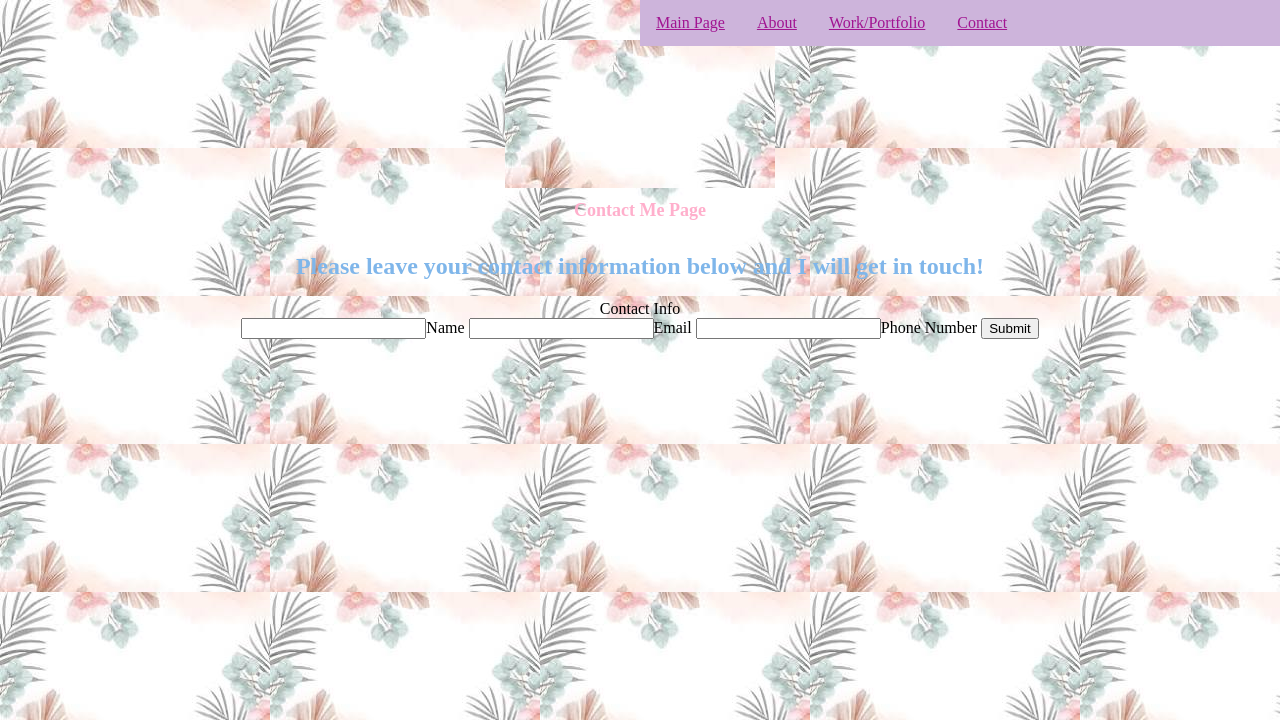
Repository: MelindaN14/My-Personal-Website
Page: contact.html
These files come from the project's save history. The page is drawn as it stood at one moment and after the next save; the edit follows.
The browser window is 1280 px wide. The pictures show the whole page.

Above is the page before, as saved 2024-03-25 22:34:09.

After the next save:
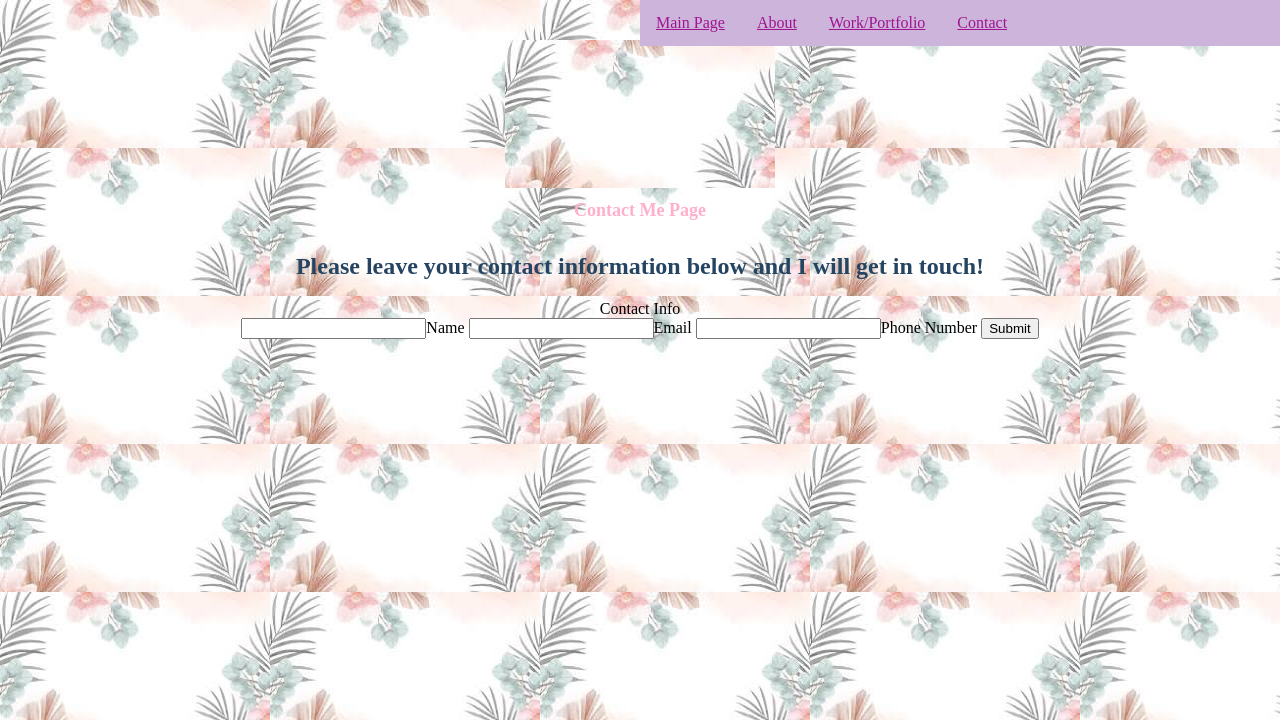
Saved 19 s later.
--- a/style.css
+++ b/style.css
@@ -34,7 +34,7 @@ h1 {
   text-align: center;
 }
 h2{
-    color:#7fb6ea;
+    color:#244462;
 }
 p {
   color: #cdb4db;
